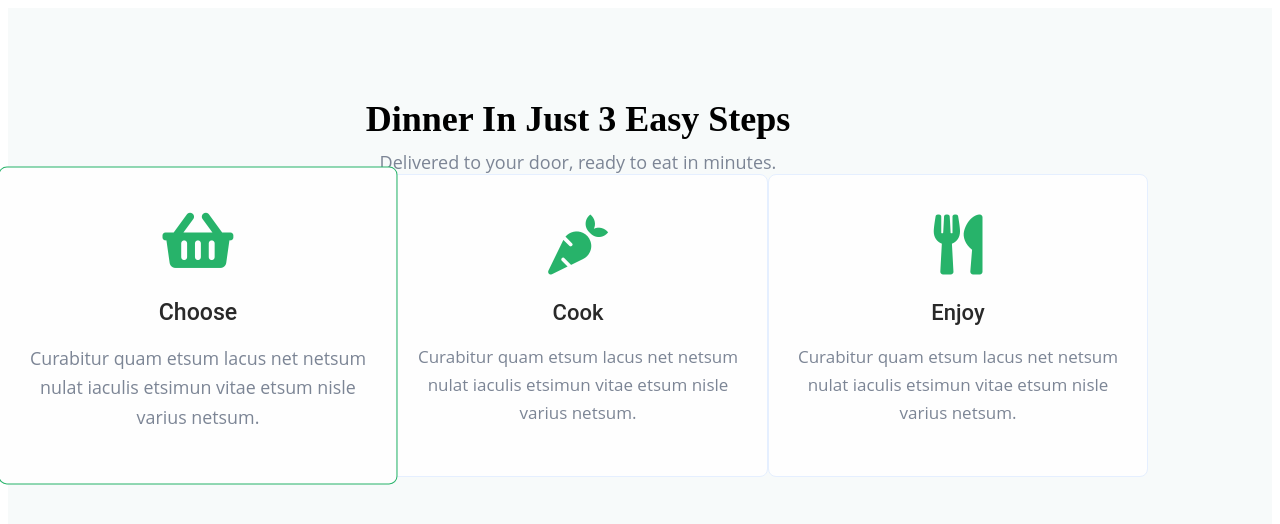
Repository: ST-United-Internship/leadpage
Page: wrapper-UI.html
These files come from the project's save history. The page is drawn as it stood at one moment and after the next save; the edit follows.
The browser window is 1280 px wide. The pictures show the whole page.
The pointer rests on the first visible `.card-wrapper`.

Above is the page before, as saved 2023-03-15 14:14:01.

After the next save:
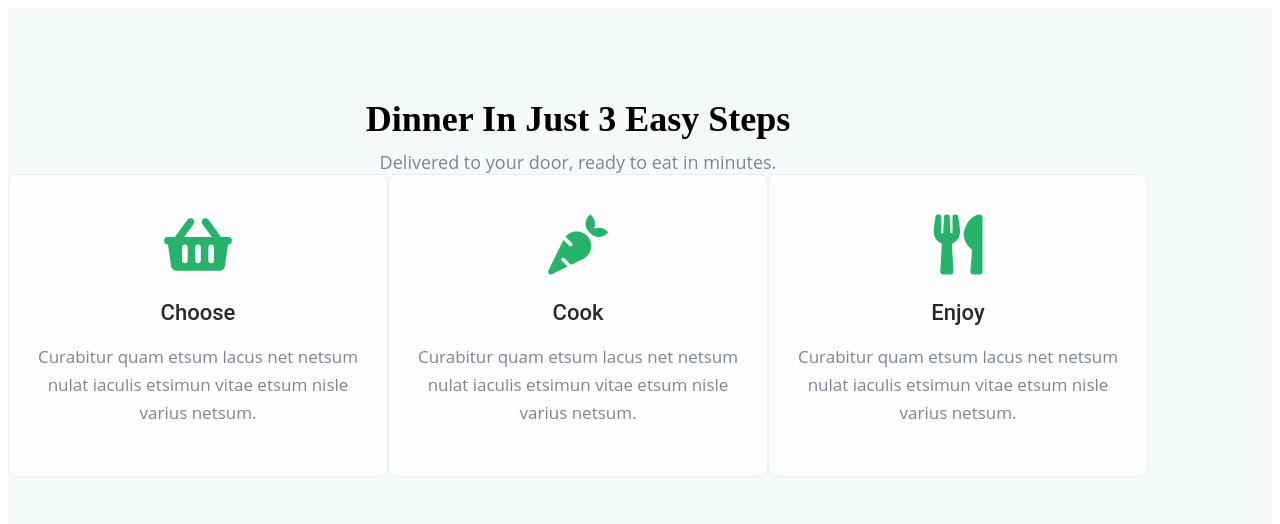
Saved 7 s later.
--- a/css/wrapper-UI.css
+++ b/css/wrapper-UI.css
@@ -66,8 +66,8 @@
 }
 
 .card-wrapper:hover{
-    border: 1px solid #27b36a;
-    transform: scale(1.05, 1.05);
+    /* border: 1px solid #27b36a;
+    transform: scale(1.05, 1.05); */
 }
 
 .about .card-container .card-title .card-wrapper i{

After the save that followed:
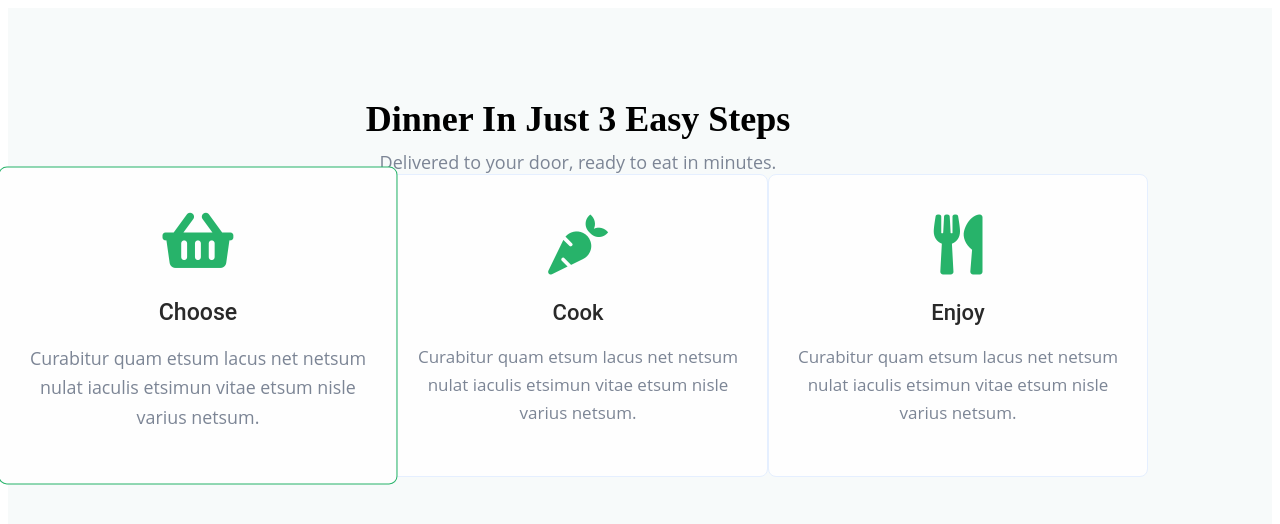
Saved 4 s later.
--- a/css/wrapper-UI.css
+++ b/css/wrapper-UI.css
@@ -66,8 +66,8 @@
 }
 
 .card-wrapper:hover{
-    /* border: 1px solid #27b36a;
-    transform: scale(1.05, 1.05); */
+    border: 1px solid #27b36a;
+    transform: scale(1.05, 1.05);
 }
 
 .about .card-container .card-title .card-wrapper i{
